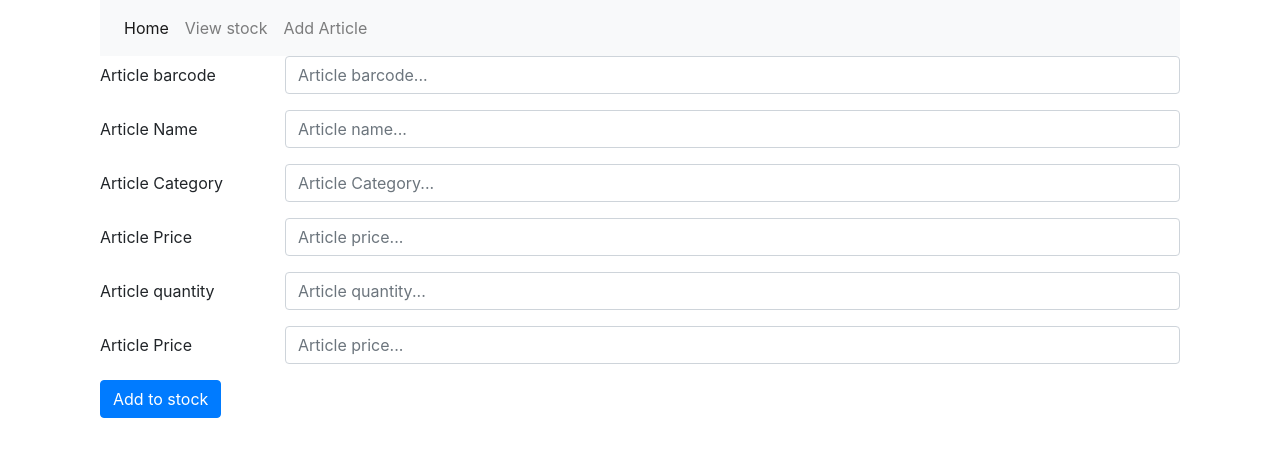
Repository: anischali/StockMangerJeeSwing
Page: http://localhost/GestStock/stockadd
An editor plug-in stored every save of this project. The page is shown before and after the next save, followed by the edit.
The browser window is 1280 px wide. The pictures show the whole page.
The page is served by Tomcat 9. Other server files are loaded and not shown.

Above is the page before, as saved 2019-04-27 20:56:15.

### Jee/GestStock/WebContent/WEB-INF/stockadd.jsp
<%@ page language="java" contentType="text/html; charset=UTF-8"
    pageEncoding="UTF-8"%>
<!DOCTYPE html>
<html>
<head>

	<meta charset="UTF-8">
	<style><%@include file="/WEB-INF/style/bootstrap.min.css"%></style>
	<title>Add article</title>
</head>
<body>
<div class="container">
<div class="container">
<nav class="navbar navbar-expand-lg navbar-light bg-light">
  <div class="collapse navbar-collapse" id="navbarNavAltMarkup">
    <div class="navbar-nav">
      <a class="nav-item nav-link active" href="/GestStock/">Home <span class="sr-only">(current)</span></a>
      <a class="nav-item nav-link" href="/GestStock/stockview">View stock</a>
      <a class="nav-item nav-link" href="/GestStock/stockadd">Add Article</a>
    </div>
  </div>
</nav>
</div>
<div class="container">
<form method = "post" action ="/stock/add">
  <div class="form-group row">
    <label for="barcode" class="col-sm-2 col-form-label">Article barcode</label>
    <div class="col-sm-10">
      <input type="text" class="form-control" id="barcode" placeholder="Article barcode...">
    </div>
  </div>
  <div class="form-group row">
    <label for="name" class="col-sm-2 col-form-label">Article Name</label>
    <div class="col-sm-10">
      <input type="text" class="form-control" id="name" placeholder="Article name...">
    </div>
  </div>
  <div class="form-group row">
    <label for="category" class="col-sm-2 col-form-label">Article Category</label>
    <div class="col-sm-10">
      <input type="text" class="form-control" id="category" placeholder="Article Category...">
    </div>
  </div>
  <div class="form-group row">
    <label for="price" class="col-sm-2 col-form-label">Article Price</label>
    <div class="col-sm-10">
      <input type="text" class="form-control" id="price" placeholder="Article price...">
    </div>
  </div>
    <div class="form-group row">
    <label for="quantity" class="col-sm-2 col-form-label">Article quantity</label>
    <div class="col-sm-10">
      <input type="text" class="form-control" id="quantity" placeholder="Article quantity...">
    </div>
  </div>
    <div class="form-group row">
    <label for="price" class="col-sm-2 col-form-label">Article Price</label>
    <div class="col-sm-10">
      <input type="text" class="form-control" id="price" placeholder="Article price...">
    </div>
  </div>
  <div class="form-group row">
    <div class="col-sm-10">
      <button type="submit" class="btn btn-primary">Add to stock</button>
    </div>
  </div>
</form>

</div>
</div>
</body>
</html>

### Jee/GestStock/WebContent/WEB-INF/libs.jsp
<%@taglib uri="http://java.sun.com/jsp/jstl/core" prefix="c" %>

### Jee/GestStock/src/com/gest/servlets/StockServlet.java
package com.gest.servlets;

import java.io.IOException;
import javax.servlet.ServletException;
import javax.servlet.annotation.WebServlet;
import javax.servlet.http.HttpServlet;
import javax.servlet.http.HttpServletRequest;
import javax.servlet.http.HttpServletResponse;

/**
 * Servlet implementation class StockServlet
 */
@WebServlet("/StockServlet")
public class StockServlet extends HttpServlet {
	private static final long serialVersionUID = 1L;

    /**
     * @see HttpServlet#HttpServlet()
     */
    public StockServlet() {
        super();
    }

	/**
	 * @see HttpServlet#doGet(HttpServletRequest request, HttpServletResponse response)
	 */
	protected void doGet(HttpServletRequest request, HttpServletResponse response) throws ServletException, IOException {
		if(request.getRequestURI().contains("/stockadd"))
		{
			this.getServletContext().getRequestDispatcher("/WEB-INF/stockadd.jsp").forward(request, response);
		}
		else if (request.getRequestURI().contains("/stockview"))
		{
			this.getServletContext().getRequestDispatcher("/WEB-INF/stockview.jsp").forward(request, response);
		}
		else
		{
			this.getServletContext().getRequestDispatcher("/WEB-INF/stock.jsp").forward(request, response);
		}
	}

	/**
	 * @see HttpServlet#doPost(HttpServletRequest request, HttpServletResponse response)
	 */
	protected void doPost(HttpServletRequest request, HttpServletResponse response) throws ServletException, IOException {

	}

}

Loaded but not shown: Jee/GestStock/WebContent/WEB-INF/style/bootstrap.min.css (library)

After the next save:
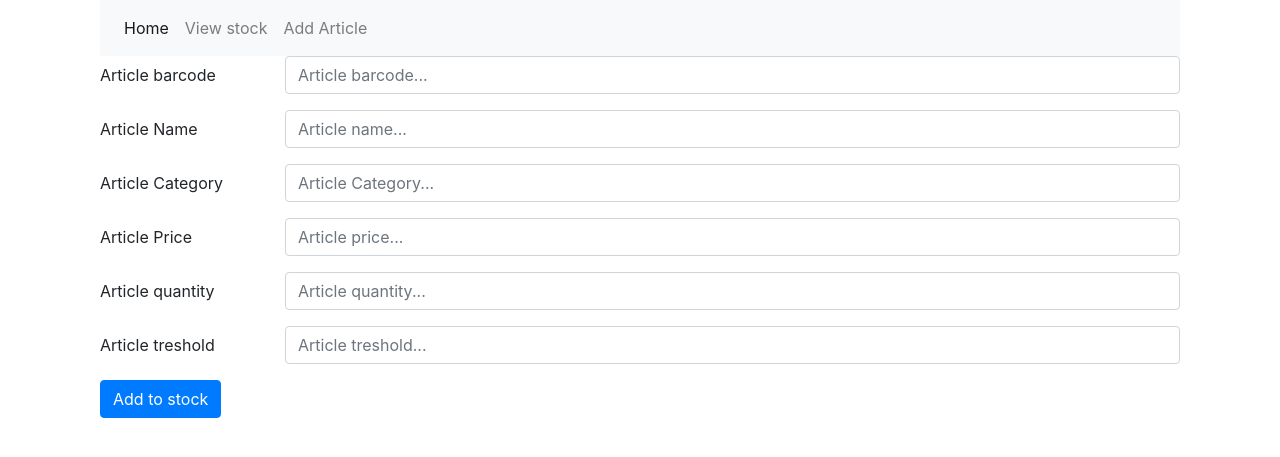
Saved 48 s later.
--- a/Jee/GestStock/WebContent/WEB-INF/stockadd.jsp
+++ b/Jee/GestStock/WebContent/WEB-INF/stockadd.jsp
@@ -54,9 +54,9 @@
     </div>
   </div>
     <div class="form-group row">
-    <label for="price" class="col-sm-2 col-form-label">Article Price</label>
+    <label for="treshold" class="col-sm-2 col-form-label">Article treshold</label>
     <div class="col-sm-10">
-      <input type="text" class="form-control" id="price" placeholder="Article price...">
+      <input type="text" class="form-control" id="treshold" placeholder="Article treshold...">
     </div>
   </div>
   <div class="form-group row">
